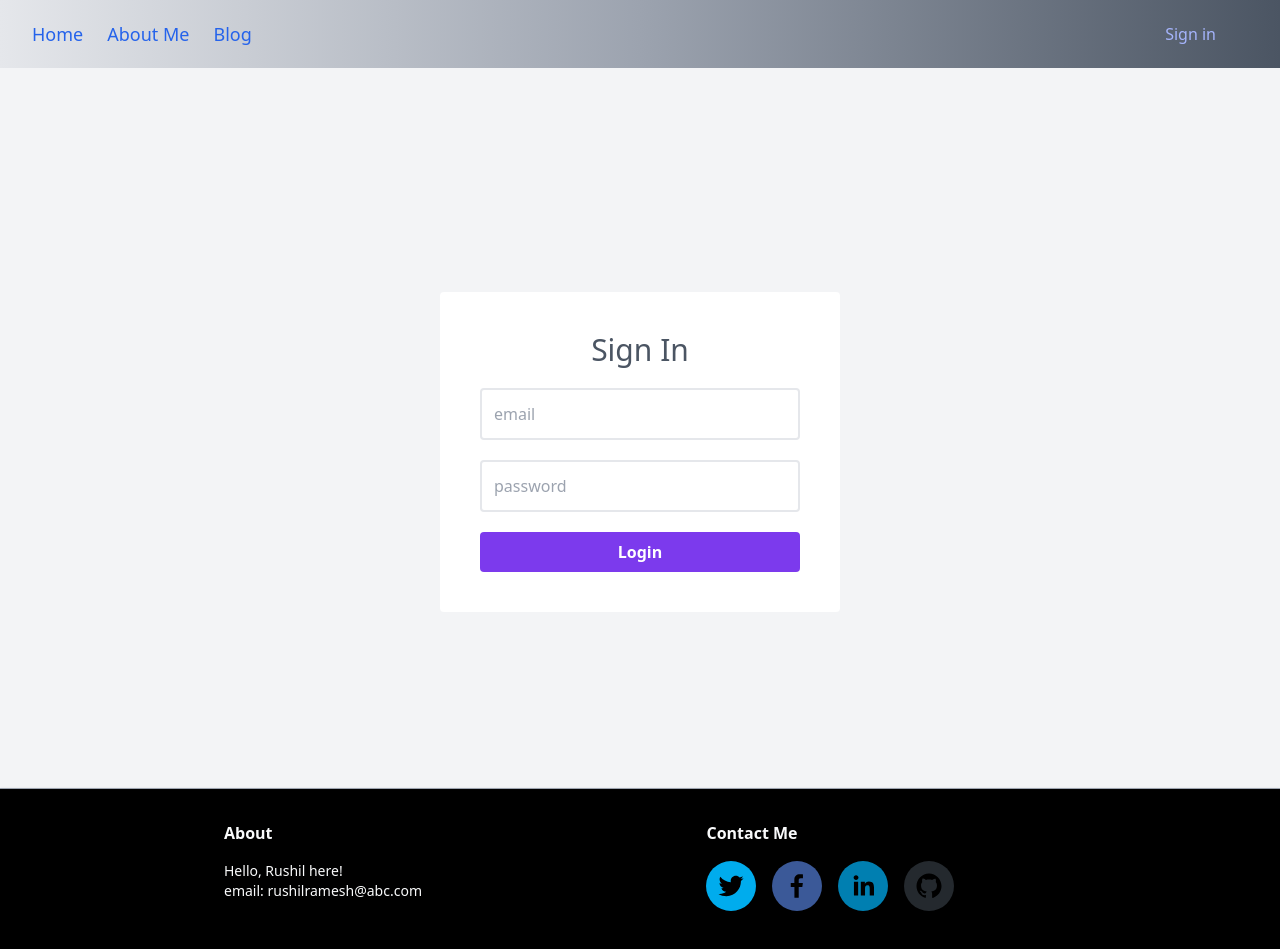
Repository: rushilramesh/portfolio-page
Page: /login
An editor plug-in stored every save of this project. The page is shown before and after the next save, followed by the edit.
The browser window is 1280 px wide. The pictures show the whole page.
The page's requests for data from a server got no answer. The project was rebuilt for these pictures with package versions that can differ from the ones it lists, and the page was loaded fresh each time. The framework's server and built-in components were replaced by stand-ins that run in the browser. No one was signed in, and anything a server would have sent is missing. Also part of the build but not shown: next.config.js.

Above is the page before, as saved 2021-05-24 12:48:58.

### pages/_app.tsx
import { AppProps } from 'next/dist/next-server/lib/router/router';
import '../styles/globals.css'
import { Provider } from 'next-auth/client';


function MyApp({ Component, pageProps } : AppProps) {

  return (
    <Provider session={pageProps.session}>
      <Component {...pageProps} />
    </Provider>
  )

}

export default MyApp

### pages/login.tsx
import Layout from "../components/Layout";
import { useState } from "react";
import { useRouter } from "next/router";
import firebaseClient from "../lib/firbaseClient";
import firebase from "firebase/app";
import "firebase/auth"


const LoginForm = () => {
    const [form, setForm] = useState({email: '', password: ''})

    const router = useRouter()

    const handleChange = event => {
       setForm({
            ...form,
            [event.target.name] : event.target.value})
    };

    const handleSubmit = async event => {
        event.preventDefault();
        await attemptLogin()
    }

    const attemptLogin = async () => {
        console.log(form)

        await firebase.auth().signInWithEmailAndPassword(form.email, form.password)
            .then(() => {
                router.push('/')
            }).catch(error => window.Error(error))
        // await fetch('/api/login', {
        //     method: 'POST',
        //     headers: { 'Content-Type' : 'application/json'},
        //     body: JSON.stringify(form)
        // }).then(res => {
        //     if (res.ok) {
        //         console.log('OK')
        //         router.push('/')
        //     }
        // }).catch(error => console.error(error))
    }

    return (
        <Layout>
        <div className="h-screen flex justify-center items-start bg-gray-100">
            <form onSubmit={handleSubmit} className="p-10 bg-white rounded flex flex-col justify-center text-center mt-56">
                <p className="mb-5 text-3xl text-gray-600">Sign In</p>
                <div><input type="email" placeholder="email" name="email" className="mb-5 p-3 w-80 focus:border-purple-700 rounded border-2 outline-none" onChange={handleChange}/></div>
                <div><input type="password" placeholder="password" name="password" className="mb-5 p-3 w-80 focus:border-purple-700 rounded border-2 outline-none" onChange={handleChange}/></div>
                <button type="submit" className="bg-purple-600 hover:bg-purple-900 text-white font-bold p-2 rounded w-80">Login</button>
            </form>
        </div>
        </Layout>
    )

}

export default LoginForm;

### styles/globals.css
@tailwind base;
@tailwind components;
@tailwind utilities;

code {
    background-color: black;
    color: #f8f8f2;
    padding: 3px;
    border-radius: 3px;
}

### components/Layout.tsx
import Nav from './Nav'
import utilStyles from '../styles/utils.module.css'
import Link from 'next/link'
import { SocialIcon } from 'react-social-icons';

const Layout = ({children, home} : {children: React.ReactNode, home?: boolean, }) => {
    return (
        <div className="flex flex-col width-screen h-screen" >
            <header>
                <Nav />
            </header>
            <div className="container mx-auto mb-488 text-center">
                <main>{children}</main>
            </div>

            <footer  className= {(home) ? " fixed bottom-0 bg-black border-t w-full border-gray-400 shadow text-gray-50 h-40" : "  bg-black border-t border-gray-400 shadow text-gray-50 "}>
            <div className="container max-w-4xl mx-auto flex py-8 ">
                <div className="flex w-full md:w-7/12 ">
                    <div className="px-8">
                        <h3 className="font-bold text-gray-50">About</h3>
                        <p className="py-4 text-gray-50 text-sm">
                            Hello, Rushil here!
                            <br/>
                            email: rushilramesh@abc.com
                        </p>
                    </div>
				</div>

                <div className="flex w-full md:w-1/2 ">
					<div className="px-8">
						<h3 className="font-bold -mb-4 text-gray-50">Contact Me</h3>
						<div className="container justify-center inline-flex mt-8 space-x-4 ">
                            <a href='https://twitter.com/?lang=en'><SocialIcon network="twitter" /></a>
                            <a href='https://www.facebook.com/'><SocialIcon network="facebook" /></a>
                            <a href='https://www.linkedin.com/in/rushil-ramesh-2a8404209/'><SocialIcon network="linkedin" /></a>
                            <a href='https://github.com/rushilramesh'><SocialIcon network="github" /></a>
                        </div>
					</div>
				</div>
            </div>
        </footer>
        </div>
    )
}

export default Layout;

### components/Nav.tsx
/* This example requires Tailwind CSS v2.0+ */
import Link from 'next/link'
import Image from 'next/dist/client/image'
import router, { useRouter } from 'next/router'
import { signIn, signOut, useSession} from 'next-auth/client'


const navs = [
   {name: 'Home', href: '/'},
   {name: 'About Me', href: 'http://localhost:3000/about'},
   {name: 'Blog', href: 'http://localhost:3000/blog'}
]


export default function Nav() {
   const [session, loading] = useSession()

   if (loading) {
      return <h1></h1>
   }

   return (
      <nav id="header" className="w-full z-30 top-10 py-1 bg-gradient-to-r from-gray-200 via-gray-400 to-gray-600 shadow-lg  mt-15">
         <div className="w-full flex items-center justify-between mt-0 px-6 py-2">
         <label  className="cursor-pointer md:hidden block">
            <svg className="fill-current text-blue-600" xmlns="http://www.w3.org/2000/svg" width="20" height="20" viewBox="0 0 20 20">
               <title>menu</title>
               <path d="M0 3h20v2H0V3zm0 6h20v2H0V9zm0 6h20v2H0v-2z"></path>
            </svg>
         </label>
         <input className="hidden" type="checkbox" id="menu-toggle"/>

         <div className="hidden md:flex md:items-center md:w-auto w-full order-3 md:order-1" id="menu">
            <nav>
               <ul className="md:flex items-center justify-between text-base text-blue-600 pt-4 md:pt-0">
                  {navs.map((item) => (
                  <li key={item.name} >
                     <Link href={item.href}>
                        <a className="inline-block no-underline hover:text-black font-medium text-lg py-2 px-4 lg:-ml-2" >{item.name}</a>
                     </Link>
                  </li>))}
               </ul>
            </nav>
         </div>

         <div className="order-2 md:order-3 flex flex-wrap items-center justify-end mr-0 md:mr-4" id="nav-content">
            <div className="auth flex space-x-4 items-center w-full md:w-full">
               { session && (
                  <Image src="/images/displayPhoto.jpeg" alt="DP" width={30} height ={30} className="rounded-full"/>
               )}
               <button className=" text-indigo-300 p-2  mr-4 hover:bg-gray-600 hover:text-indigo-200">
                  {session ? (
                        <button onClick={e => {
                           e.preventDefault()
                           signOut()
                           router.push('/')
                        }}>Sign Out</button>
                        ) : (
                        <button onClick={e => {
                           e.preventDefault()
                           signIn("Credentials")
                        }}>Sign in</button>
                     )
                  }
               </button>
            </div>
         </div>
         </div>
      </nav>
  )
}

### tailwind.config.js
module.exports = {

  purge: ['./pages/**/*.{js,ts,jsx,tsx}', './components/**/*.{js,ts,jsx,tsx}'],
  darkMode: false, // or 'media' or 'class'
  theme: {
    extend: {
      backgroundImage: theme => ({
        'main-background': "url('/images/background-photo.jpeg')",
      })
    },
  },
  variants: {
    extend: {
      justifyItems: ['hover', 'focus'],
    },
  },
  plugins: [],
}

After the next save:
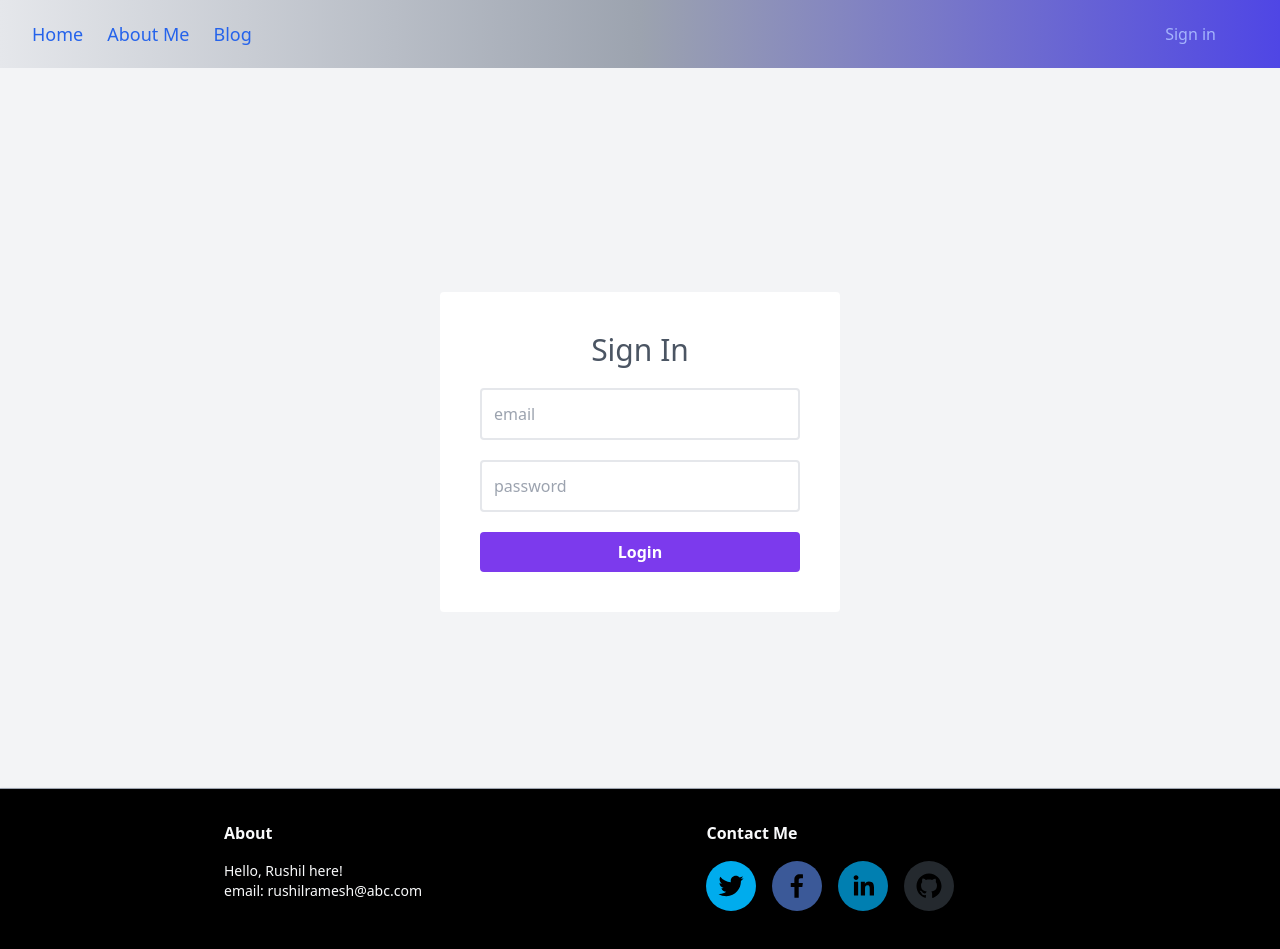
Saved 48 s later.
--- a/components/Nav.tsx
+++ b/components/Nav.tsx
@@ -20,7 +20,7 @@ export default function Nav() {
    }
 
    return (
-      <nav id="header" className="w-full z-30 top-10 py-1 bg-gradient-to-r from-gray-200 via-gray-400 to-gray-600 shadow-lg  mt-15">
+      <nav id="header" className="w-full z-30 top-10 py-1 bg-gradient-to-r from-gray-200 via-gray-400 to-indigo-600 shadow-lg  mt-15">
          <div className="w-full flex items-center justify-between mt-0 px-6 py-2">
          <label  className="cursor-pointer md:hidden block">
             <svg className="fill-current text-blue-600" xmlns="http://www.w3.org/2000/svg" width="20" height="20" viewBox="0 0 20 20">
